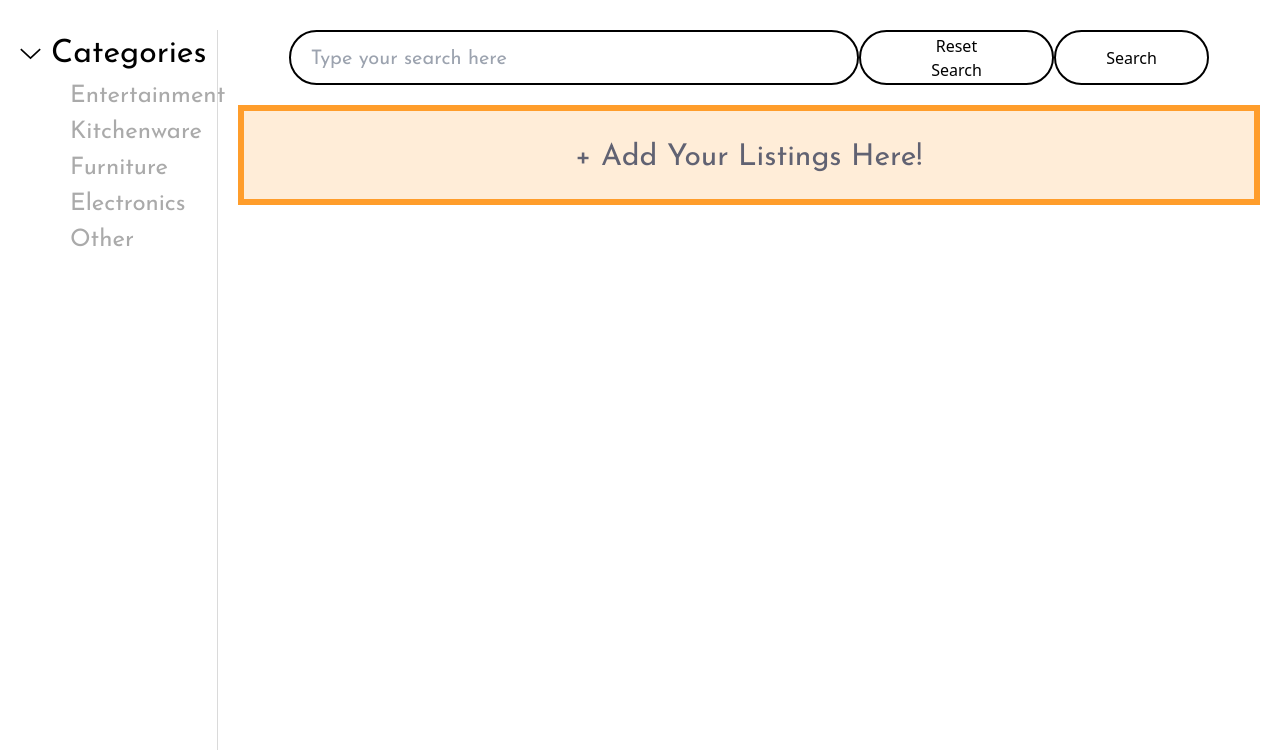
Repository: AdwaitSri/Kingston-Marketplace
Page: /listings (app in qhacks-24/)
The author's editor kept a copy of each file at every save. The page is drawn from the files as they stood at one save, then again after the next save.
The browser window is 1280 px wide. The pictures show the whole page.
The project was rebuilt for these pictures with package versions that can differ from the ones it lists, and the page was loaded fresh each time. Also part of the build but not shown: qhacks-24/src/components/HomeNavbar.js, qhacks-24/src/pages/Home.js, qhacks-24/src/pages/Signup.js, qhacks-24/src/components/CreationNavbar.js, qhacks-24/src/pages/Creation.js, qhacks-24/src/pages/Item.js.

Above is the page before, as saved 2024-02-03 22:03:53.

### qhacks-24/public/index.html
<!DOCTYPE html>
<html lang="en">
  <head>
    <meta charset="utf-8" />
    <link rel="preconnect" href="https://fonts.googleapis.com">
    <link rel="preconnect" href="https://fonts.gstatic.com" crossorigin>
    <link href="https://fonts.googleapis.com/css2?family=Josefin+Sans:ital,wght@0,100;0,200;0,300;0,400;0,500;0,600;0,700;1,100;1,200;1,300;1,400;1,500;1,600;1,700&display=swap" rel="stylesheet">
    <link rel="icon" href="%PUBLIC_URL%/favicon.ico" />
    <meta name="viewport" content="width=device-width, initial-scale=1" />
    <meta name="theme-color" content="#000000" />
    <meta
      name="description"
      content="Web site created using create-react-app"
    />
    <link rel="apple-touch-icon" href="%PUBLIC_URL%/logo192.png" />
    <!--
      manifest.json provides metadata used when your web app is installed on a
      user's mobile device or desktop. See https://developers.google.com/web/fundamentals/web-app-manifest/
    -->
    <link rel="manifest" href="%PUBLIC_URL%/manifest.json" />
    <!--
      Notice the use of %PUBLIC_URL% in the tags above.
      It will be replaced with the URL of the `public` folder during the build.
      Only files inside the `public` folder can be referenced from the HTML.

      Unlike "/favicon.ico" or "favicon.ico", "%PUBLIC_URL%/favicon.ico" will
      work correctly both with client-side routing and a non-root public URL.
      Learn how to configure a non-root public URL by running `npm run build`.
    -->
    <title>React App</title>
  </head>
  <body>
    <noscript>You need to enable JavaScript to run this app.</noscript>
    <div id="root"></div>
    <!--
      This HTML file is a template.
      If you open it directly in the browser, you will see an empty page.

      You can add webfonts, meta tags, or analytics to this file.
      The build step will place the bundled scripts into the <body> tag.

      To begin the development, run `npm start` or `yarn start`.
      To create a production bundle, use `npm run build` or `yarn build`.
    -->
  </body>
</html>

### qhacks-24/src/pages/Listings.js
import { keyboard } from "@testing-library/user-event/dist/keyboard";
import React from "react";
import { Link } from "react-router-dom";

export default function Listings() {
    const exampleData = [
        {
            condition: ["checked", "", "", ""],
            description: "KEVIN",
            postalcode: "K7L 0E7",
            price: "80",
            title: "Clown juice chair coffee",
            category: ["", "", "checked", "", ""]
        },
        {
            condition: ["", "checked", "", ""],
            description: "ADWAIT",
            postalcode: "K7L 1E1",
            price: "8000",
            title: "zaza table phone kevin",
            category: ["", "", "", "checked", ""]
        },
    ];

    const selectedCategoryDefault = [
        {
            id: 0,
            selected: false,
            categoryName: "Entertainment",
        },
        {
            id: 1,
            selected: false,
            categoryName: "Kitchenware",
        },
        {
            id: 2,
            selected: false,
            categoryName: "Furniture",
        },
        {
            id: 3,
            selected: false,
            categoryName: "Electronics",
        },
        {
            id: 4,
            selected: false,
            categoryName: "Other",
        },
    ]
    const [selectedCategory, setSelectedCategory] = React.useState(selectedCategoryDefault);

    const [search, setSearch] = React.useState('');
    const [searchKeywords, setSearchKeywords] = React.useState([]);

    const sellerName = "Clown LMAO CHANGE THIS LATER";

    function handleSearchSubmit(event) {
        event.preventDefault();
        const keywords = search.split(' ');
        if (search !== '') {
            setSearchKeywords(keywords);
        }
    }

    function handleSearchChange(event) {
        event.preventDefault();
        if (event.key !== 'Enter') {
            setSearch(event.target.value);
        }
    }

    function handleResetSearch(event) {
        event.preventDefault();
        alert('resetted');
    }

    function getCondition(info) {
        let name = "";
        let index = -1;
        for (let i = 0; i < info.length; i++) {
            if (info[i] !== '') {
                index = i;
                break;
            }
        }
        const conditions = ["Brand New", "Like New", "Lightly Used", "Used"];
        if (index >= 0) {
            name = conditions[index];
        }
        return name;
    }

    function getCategory(info) {
        let name = "";
        let index = -1;
        for (let i = 0; i < info.length; i++) {
            if (info[i] !== '') {
                index = i;
                break;
            }
        }
        const categories = ["Entertainment", "Kitchenware", "Furniture", "Electronics", "Other"];
        if (index >= 0) {
            name = categories[index];
        }
        return name;
    }

    function handleCategoryClick(event) {
        setSelectedCategory(prevSelectedCategory => {
            let index = -1;
            for (let i = 0; i < prevSelectedCategory.length; i++) {
                if (prevSelectedCategory[i].categoryName === event.target.id) {
                    index = i;
                    break;
                }
            }

            let newState = selectedCategoryDefault;
            if (index >= 0) {
                newState[index].selected = !prevSelectedCategory[index].selected;
            }

            return newState;
        })
    }

    function getSelectedCategory() {
        for (let i = 0; i < selectedCategory.length; i++) {
            if (selectedCategory[i].selected) {
                return selectedCategory[i].categoryName;
            }
        }
        return false;
    }

    const listingCards = exampleData.map((data) => {
        const listCardElement = (
            <div className="flex justify-between m-[20px]">
                <Link
                    to={{
                        pathname: '/item',
                        state: { message: 'hello from listings!' }
                    }}
                    className="w-full"
                >
                    <div
                        className="w-full h-[200px] bg-[#f7f7f7] flex items-center"
                    >
                        <img src="/images/logo.png" alt="placeholder" className="h-[80%]"/>
                        <div className='h-full w-full p-[10px] mt-[15px] relative'>
                            <p className="font-jose font-bold text-[36px] tracking-tight h-[25%]">{data.title}</p>
                            <p className="font-jose text-[22px] tracking-tight">Condition: {getCondition(data.condition)}</p>
                            <p className="font-jose text-[22px] relative top-[-3px] tracking-tight">Seller: {sellerName}</p>
                            <p className="font-jose text-[22px] relative top-[-7px] tracking-tight">Location: {data.postalcode}</p>
                            <p className="font-jose text-[22px] relative top-[-10px] tracking-tight">Category: {getCategory(data.category) ? getCategory(data.category) : "???"}</p>
                            <p className="font-jose text-[36px] relative top-[-50px] right-[10px] text-[#237515] float-right tracking-tight">Price: ${data.price}</p>
                        </div>
                    </div>
                </Link>
            </div>
        )

        let match = {
            search: false,
            category: false,
        }

        if (searchKeywords[0] === '') {
            match.search = true;
        }
        for (let i = 0; i < searchKeywords.length; i++) {
            if (data.description.toUpperCase().includes(searchKeywords[i].toUpperCase()) || data.title.toUpperCase().includes(searchKeywords[i].toUpperCase())) {
                match.search = true;
                break;
            }
        }

        if (getSelectedCategory() === getCategory(data.category)) {
            match.category = true;
        }
        else if (getSelectedCategory() === false) {
            match.category = true;
        }
        else {
            ;
        }

        if (match.search && match.category) {
            return listCardElement;
        }
    });

    const filterCategories = selectedCategory.map(category => {
        const styles = category.selected ? "font-jose ml-[40px] text-[#000000] text-[24px] hover:cursor-pointer" : "font-jose ml-[40px] text-[24px] text-[#aaaaaa] hover:cursor-pointer";
        return (
        <h1
            className={styles}
            id={category.categoryName}
            onClick={handleCategoryClick}
        >{category.categoryName}</h1>
        )
    });

    return (
        <div
            className="flex h-[100dvh] ml-[30px] mt-[30px]"
        >
            <div
                className="w-[15%] border-r-[1px] border-[#aaaaaa70]"
            >
                <div className="flex items-center relative right-[10px]">
                    <svg width="26" height="14" viewBox="0 0 26 14" fill="none" xmlns="http://www.w3.org/2000/svg">
                    <path d="M1 1L13 12L25 1" stroke="black" stroke-width="2"/>
                    </svg>
                    <h1
                        className="font-jose ml-[10px] text-[32px]"
                    >Categories</h1>
                </div>
                <div>
                    {filterCategories}
                </div>

            </div>

            <div
                className="w-[85%]"
            >

                <div className=" mx-[20px]">
                    <form className="w-[90%] mx-auto flex justify-between" onSubmit={handleSearchSubmit}>
                        <input
                            className="border-2 border-black border-solid rounded-full w-[65%] pb-[10px] pl-[20px] pt-[13px] text-xl font-jose"
                            type="text"
                            name="search"
                            onChange={handleSearchChange}
                            placeholder="Type your search here"
                        />
                        <button onClick={handleResetSearch} value="Reset" className="border-2 border-solid border-black rounded-full px-[50px]">Reset Search</button>
                        <button onClick={handleSearchSubmit} value="Search" className="border-2 border-solid border-black rounded-full px-[50px]">Search</button>
                    </form>
                </div>

                <div className="flex justify-between m-[20px]">
                    <div
                        className="w-full h-[100px] bg-[#f7f7f7] flex items-center"
                    >
                        <Link
                            to="/creation"
                            className="border-[6px] border-[#ff9d2b] w-full h-full text-3xl font-normal text-[#616272] bg-[#ffedd8]"
                        >
                            <button
                                className="font-jose relative top-[3px] text-center w-full h-full text-3xl"
                            >
                                + Add Your Listings Here!
                        </button>
                        </Link>
                    </div>
                </div>
                {listingCards}
            </div>
        </div>
    )
}

Loaded but not shown: qhacks-24/src/index.css (common file); qhacks-24/src/App.css (common file); qhacks-24/src/App.js (24 lines, source omitted); qhacks-24/src/index.js (19 lines, source omitted); qhacks-24/tailwind.config.js (18 lines, source omitted); qhacks-24/src/output.css (1762 lines, source omitted)

After the next save:
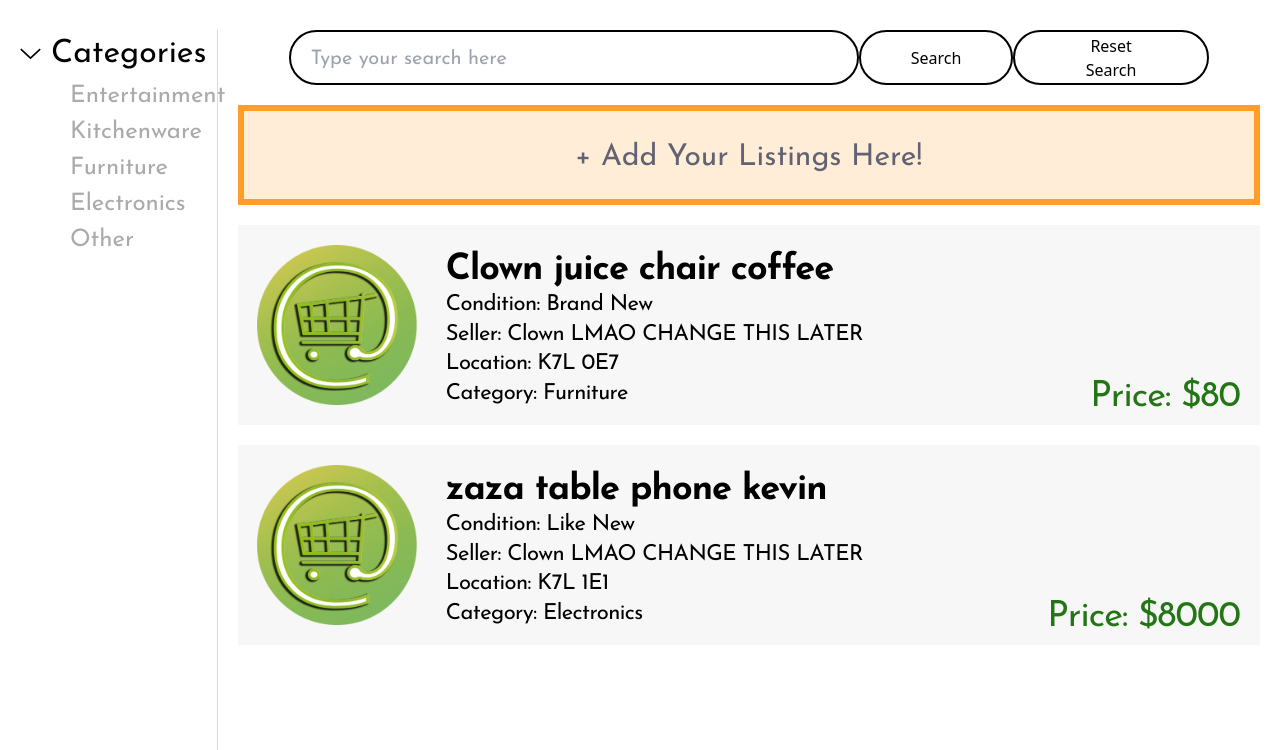
Saved 6 min 57 s later.
--- a/qhacks-24/src/pages/Listings.js
+++ b/qhacks-24/src/pages/Listings.js
@@ -73,7 +73,8 @@ export default function Listings() {
 
     function handleResetSearch(event) {
         event.preventDefault();
-        alert('resetted');
+        setSearch('');
+        setSearchKeywords([]);
     }
 
     function getCondition(info) {
@@ -168,7 +169,7 @@ export default function Listings() {
             category: false,
         }
 
-        if (searchKeywords[0] === '') {
+        if (searchKeywords[0] === '' || searchKeywords.length === 0) {
             match.search = true;
         }
         for (let i = 0; i < searchKeywords.length; i++) {
@@ -187,6 +188,8 @@ export default function Listings() {
         else {
             ;
         }
+
+        console.log(match);
 
         if (match.search && match.category) {
             return listCardElement;
@@ -236,10 +239,11 @@ export default function Listings() {
                             type="text"
                             name="search"
                             onChange={handleSearchChange}
+                            value={search}
                             placeholder="Type your search here"
                         />
+                        <button onClick={handleSearchSubmit} value="Search" className="border-2 border-solid border-black rounded-full px-[50px]">Search</button>
                         <button onClick={handleResetSearch} value="Reset" className="border-2 border-solid border-black rounded-full px-[50px]">Reset Search</button>
-                        <button onClick={handleSearchSubmit} value="Search" className="border-2 border-solid border-black rounded-full px-[50px]">Search</button>
                     </form>
                 </div>
 
